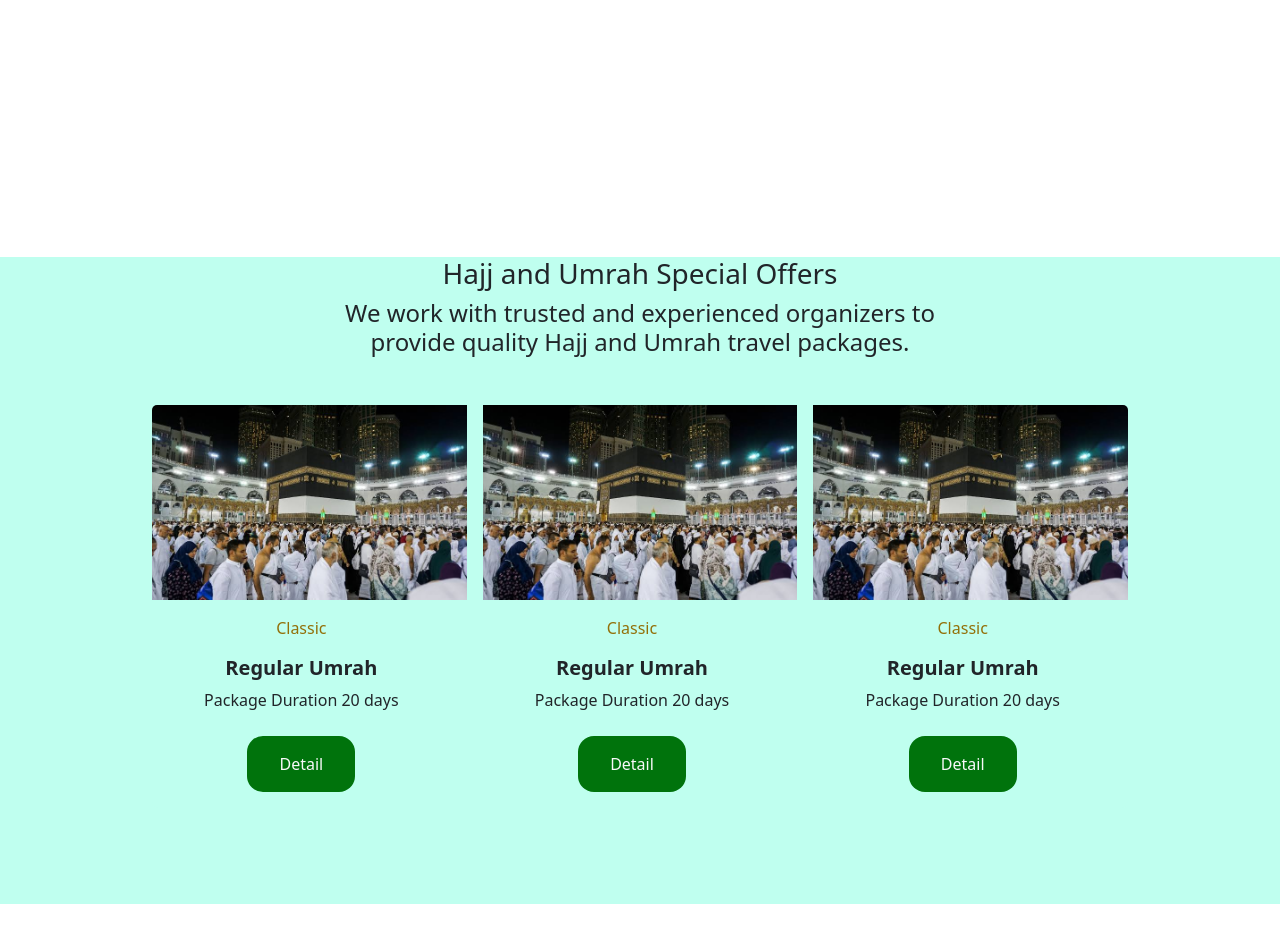
Repository: Putrabobi/Task7
Page: index.html
An editor plug-in stored every save of this project. The page is shown before and after the next save, followed by the edit.
The browser window is 1280 px wide. The pictures show the part of the page from y = 2264 to 3216 px (the page is 3216 px tall before and 3206 px after).
A picture or video elsewhere on the page could not be fetched, so the positions and the page height are approximate.

Above is the page before, as saved 2024-03-25 14:18:48.

### index.html
<!DOCTYPE html>
<html lang="en">

<head>
    <meta charset="UTF-8">
    <meta name="viewport" content="width=device-width, initial-scale=1.0">
    <title>Haji & Umroh</title>
    <link href="https://cdn.jsdelivr.net/npm/bootstrap@5.3.3/dist/css/bootstrap.min.css" rel="stylesheet"
        integrity="sha384-QWTKZyjpPEjISv5WaRU9OFeRpok6YctnYmDr5pNlyT2bRjXh0JMhjY6hW+ALEwIH" crossorigin="anonymous">
</head>

<body>

    <!-- Navbar -->
    <nav class="navbar navbar-expand-lg  bg-body-tertiary mb-4">
        <div class="container-fluid">
            <a class="navbar-brand" href="#">
                <span style="color: darkgreen;" class="fw-bold">Uda</span>
                <span style="color: olive;" class="fw-bold">Tour</span>
            </a>

            <button class="navbar-toggler" type="button" data-bs-toggle="collapse"
                data-bs-target="#navbarSupportedContent" aria-controls="navbarSupportedContent" aria-expanded="false"
                aria-label="Toggle navigation">
                <span class="navbar-toggler-icon"></span>
            </button>
            <div class="collapse navbar-collapse" id="navbarSupportedContent">
                <ul class="navbar-nav me-auto mb-2 mb-lg-0 mx-auto">
                    <li class="nav-item" style="margin-right: 30px;">
                        <a class="nav-link active" aria-current="page" href="#"
                            style="border-bottom: 4px solid #00570f; color: #000000;">Home</a>
                    </li>
                    <li class="nav-item" style="margin-right: 30px;">
                        <a class="nav-link" href="#" style="color: #000;">Haji</a>
                    </li>
                    <li class="nav-item" style="margin-right: 30px;">
                        <a class="nav-link disabled" style="color: #000;">Umroh</a>
                    </li>
                    <li class="nav-item" style="margin-right: 30px;">
                        <a class="nav-link disabled" style="color: #000;">Blog</a>
                    </li>
                    <li class="nav-item" style="margin-right: 30px;">
                        <a class="nav-link disabled" style="color: #000;">Gallery</a>
                    </li>
                </ul>
                <button class="btn btn-outline-dark" type="submit">Register</button>
            </div>

        </div>
    </nav>

    <!-- Background -->

    <div class="position-relative text-center mb-5">
        <img src="images/mekkah.jpg" style="filter: brightness(50%);" alt="Mekkah" width="100%">
        <h1 class="position-absolute top-0 start-50 translate-middle-x text-light" style="margin-top: 5%;">Take you on a
            holy journey</h1>
        <h5 class="position-absolute top-0 start-50 translate-middle-x text-light" style="margin-top: 45%;">Find the
            best Hajj travel package that suits your needs. Enjoy a worship experience guided by a professional and
            experienced team.</h5>
        <button type="button"
            style="position: absolute; bottom: 20px; left: 50%; transform: translateX(-50%); background-color: green; color: white; padding: 10px 50px; border: none; border-radius: 100px; cursor: pointer;">Explore</button>
    </div>

    <!-- Maskapai -->

    <div style="text-align: center;">
        <h1>Our Partner</h1>
        <img src="images/maskapai1.png" alt="maskapai1" style="width: 350px;">
        <img src="images/maskapai2.png" alt="maskapai2" style="width: 350px;">
        <img src="images/maskapai3.png" alt="maskapai3" style="width: 350px;">
        <img src="images/maskapai4.png" alt="maskapai4" style="width: 350px;">
    </div>

    <div>
        <svg xmlns="http://www.w3.org/2000/svg" viewBox="0 0 1440 320">
            <path fill="#8f6b00" fill-opacity="1"
                d="M0,64L120,96C240,128,480,192,720,192C960,192,1200,128,1320,96L1440,64L1440,320L1320,320C1200,320,960,320,720,320C480,320,240,320,120,320L0,320Z">
            </path>>
        </svg>
    </div>
    <div style="background-color: #8f6b00; position: relative;" class="text-white">
        <div class="container d-flex justify-content-center align-items-center">
            <div class="row">
                <div class=" text-center">
                    <h3 class="fw-bold pb-3">Hajj and Umrah Program</h3>
                    <h5 class="py-3 mb-3" style="width: 50%; margin: 0 auto;">Find complete and well-organized Hajj and
                        Umrah
                        programs. Get a package that meets your needs for a meaningful spiritual journey.</h5>
                    <button class="btn text-light padding: 10px 50px rounded-5 px-5 py-2 shadow"
                        style="background-color: #00730c;">Explore</button>
                </div>
                <div class="">
                    <img src="img/kabah_only.png" alt="" width="20%"
                        style="position: absolute; left: 25; top: 50%; transform: translateY(-50%);">
                </div>
            </div>
        </div>
        <svg xmlns="http://www.w3.org/2000/svg" viewBox="0 0 1440 320">
            <path fill="#ffffff" fill-opacity="1"
                d="M0,160L120,138.7C240,117,480,75,720,74.7C960,75,1200,117,1320,138.7L1440,160L1440,320L1320,320C1200,320,960,320,720,320C480,320,240,320,120,320L0,320Z">
            </path>
        </svg>
    </div>

    <div class="">
        <img src="images/mekkah4.png" alt="" width="20%"
            style="position: absolute; left: 5%; top: 250%;  transform: translateY(-50%);">
    </div>

    </div>
    </div>
    <svg xmlns="http://www.w3.org/2000/svg" viewBox="0 0 1440 320">
        <path fill="#ffffff" fill-opacity="1"
            d="M0,160L120,138.7C240,117,480,75,720,74.7C960,75,1200,117,1320,138.7L1440,160L1440,320L1320,320C1200,320,960,320,720,320C480,320,240,320,120,320L0,320Z">
        </path>
    </svg>
    </div>
    </div>

    <div class="my-5" style="background-color: rgb(191, 255, 239); text-align: center;">
        <div style="margin: 0 auto; max-width: 600px;">
            <h3>Hajj and Umrah Special Offers</h3>
            <h4>We work with trusted and experienced organizers to provide quality Hajj and Umrah travel packages.</h4>
        </div>
        <div class="my-5 mx-5 px-5 pb-5 justify-content-center">
            <div class="card-group mx-5 pb-5">
                <div class="card mx-2 border-0" style="width: 20rem; background-color: rgb(191, 255, 239);">
                    <img src="images/mekkah1.jpeg" class="card-img-top" alt="mekkah1" style="max-width: 100%;">
                    <div class="card-body ps-0">
                        <p class="card-text" style="color: #937009;">Classic</p>
                        <h5 class="card-title mt-2 fw-bold">Regular Umrah</h5>
                        <p class="card-text">Package Duration 20 days</p>
                        <button class="border-0 mt-2 text-light rounded-4 px-4 py-3"
                        style="background-color: #00730c;"><span class="m-2">Detail</span></button>
                    </div>
                </div>
                <div class="card mx-2 border-0" style="width: 20rem; background-color: rgb(191, 255, 239);">
                    <img src="images/mekkah1.jpeg" class="card-img-top" alt="mekkah1" style="max-width: 100%;">
                    <div class="card-body ps-0">
                        <p class="card-text" style="color: #937009;">Classic</p>
                        <h5 class="card-title mt-2 fw-bold">Regular Umrah</h5>
                        <p class="card-text">Package Duration 20 days</p>
                        <button class="border-0 mt-2 text-light rounded-4 px-4 py-3"
                        style="background-color: #00730c;"><span class="m-2">Detail</span></button>
                    </div>
                </div>
                <div class="card mx-2 border-0" style="width: 20rem; background-color: rgb(191, 255, 239);">
                    <img src="images/mekkah1.jpeg" class="card-img-top" alt="mekkah1" style="max-width: 100%;">
                    <div class="card-body ps-0">
                        <p class="card-text" style="color: #937009;">Classic</p>
                        <h5 class="card-title mt-2 fw-bold">Regular Umrah</h5>
                        <p class="card-text">Package Duration 20 days</p>
                        <button class="border-0 mt-2 text-light rounded-4 px-4 py-3"
                        style="background-color: #00730c;"><span class="m-2">Detail</span></button>
                    </div>
                </div>
            </div>
        </div>
    </div>










</body>

</html>

After the next save:
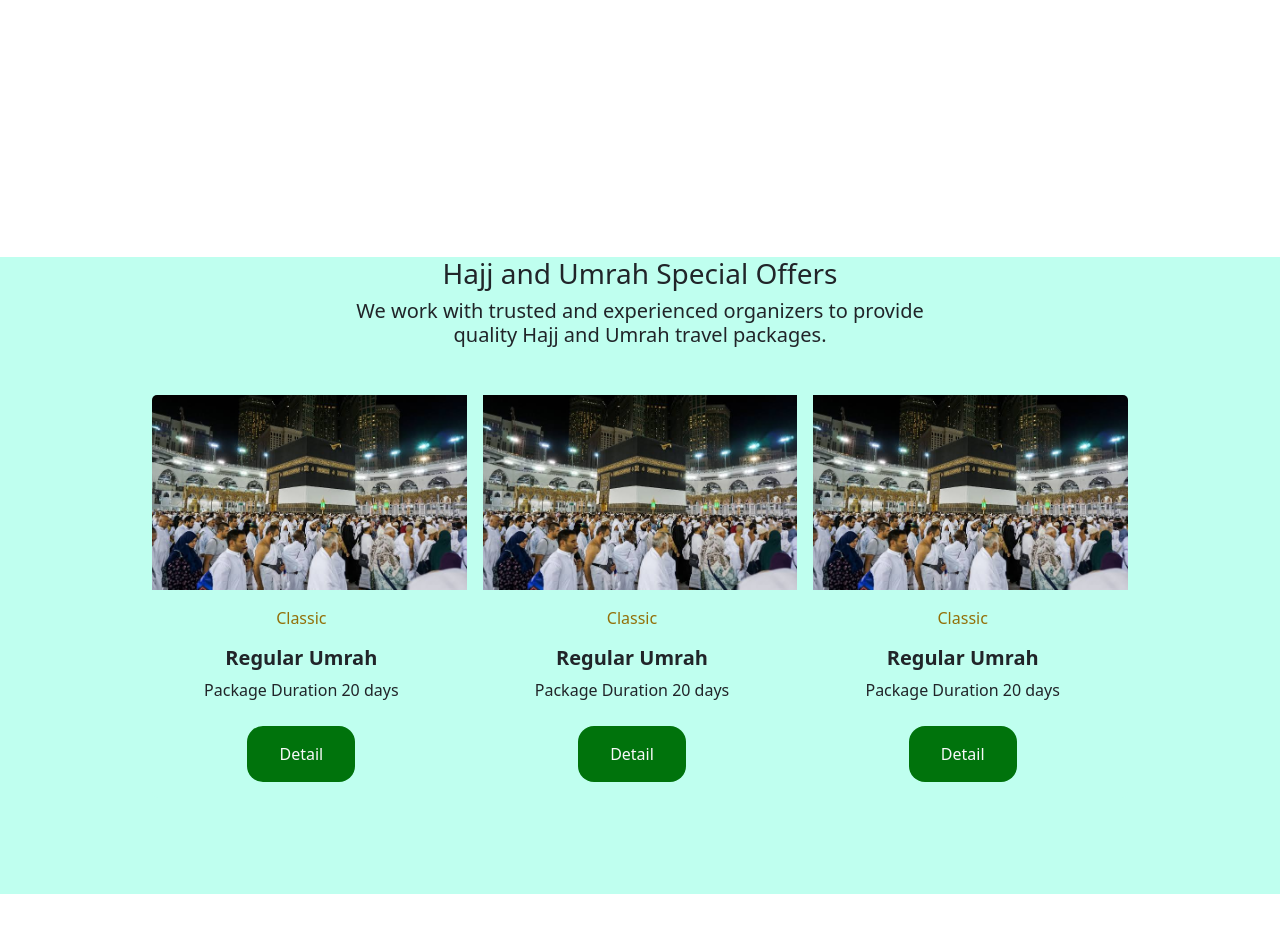
Saved 17 s later.
--- a/index.html
+++ b/index.html
@@ -121,7 +121,7 @@
     <div class="my-5" style="background-color: rgb(191, 255, 239); text-align: center;">
         <div style="margin: 0 auto; max-width: 600px;">
             <h3>Hajj and Umrah Special Offers</h3>
-            <h4>We work with trusted and experienced organizers to provide quality Hajj and Umrah travel packages.</h4>
+            <h5>We work with trusted and experienced organizers to provide quality Hajj and Umrah travel packages.</h5>
         </div>
         <div class="my-5 mx-5 px-5 pb-5 justify-content-center">
             <div class="card-group mx-5 pb-5">
